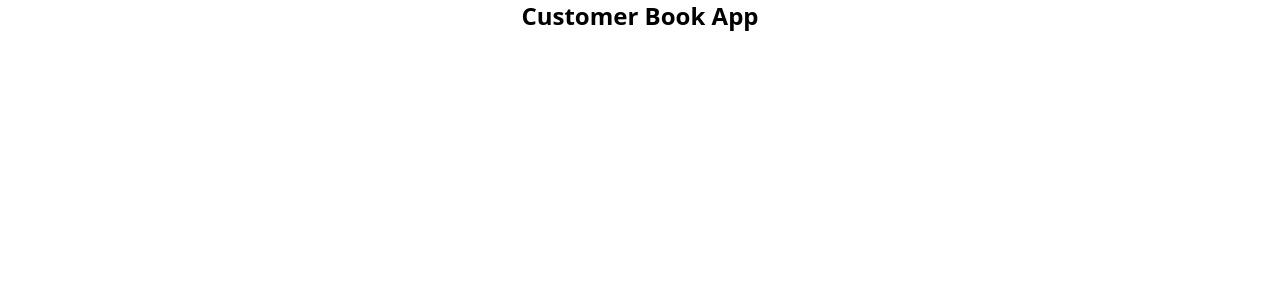
Repository: higirobruce/customerbookapp
Page: /
An editor plug-in stored every save of this project. The page is shown before and after the next save, followed by the edit.
The browser window is 1280 px wide. The pictures show the whole page.
The project was rebuilt for these pictures with package versions that can differ from the ones it lists, and the page was loaded fresh each time. The framework's server and built-in components were replaced by stand-ins that run in the browser. Also part of the build but not shown: next.config.js, components/layout/sidebar.js.

Above is the page before, as saved 2022-11-24 16:05:06.

After the next save:
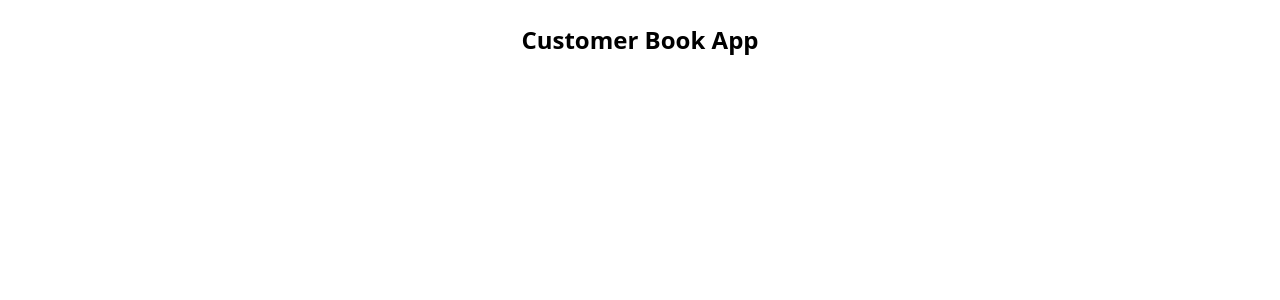
Saved 15 s later.
--- a/components/layout/mainScreen.js
+++ b/components/layout/mainScreen.js
@@ -2,7 +2,7 @@ import React from "react";
 
 export default function MainScreen() {
   return (
-    <div className="flex flex-col w-full">
+    <div className="flex flex-col w-full pt-6">
       {/* header */}
       <div className="flex justify-center text-2xl font-semibold">
         Customer Book App
